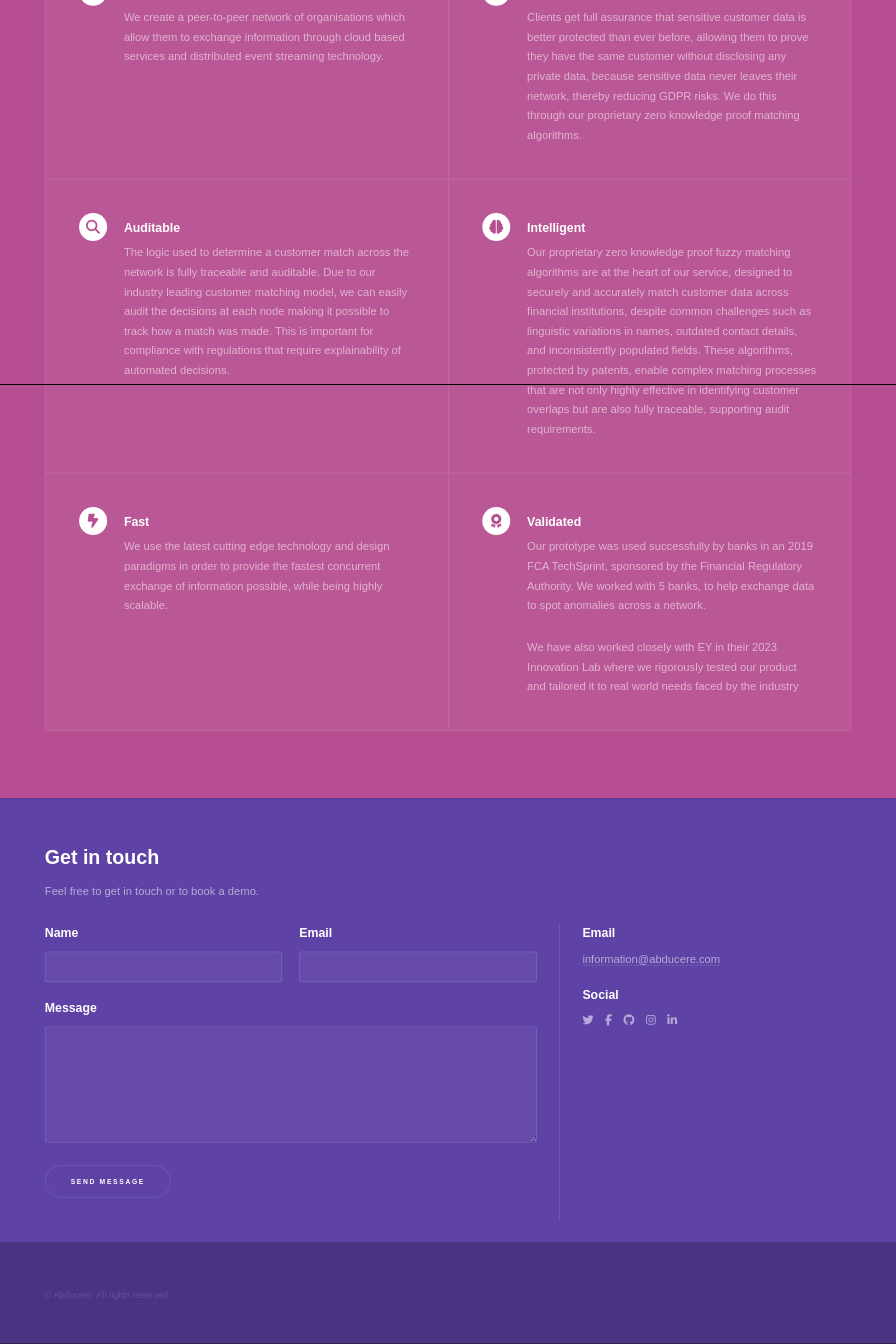
Repository: nocnoc94/nocnoc94.github.io
Page: index.html
These files come from the project's save history. The page is drawn as it stood at one moment and after a run of saves; the edit follows.
The browser window is 1280 px wide. The pictures show the part of the page from y = 2355 to 4275 px (the page is 4275 px tall before and 4191 px after), at 70% of full size.

Above is the page before, as saved 2024-02-21 21:36:33.

### index.html
<!DOCTYPE HTML>


<html>

<head>
	<title>Abducere</title>
	<meta charset="utf-8" />
	<meta name="viewport" content="width=device-width, initial-scale=1, user-scalable=no" />
	<link rel="stylesheet" href="/static/css/main.css" />
	<noscript>
		<link rel="stylesheet" href="/static/css/noscript.css" />
	</noscript>
</head>

<body class="is-preload">

	<!-- Sidebar -->
	<section id="sidebar">
		<div class="inner">
			<nav>
				<ul>
					<li><a href="#intro">Welcome</a></li>
					<li><a href="#one">Who we are</a></li>
					<li><a href="#two">What we are</a></li>
					<li><a href="#three">Get in touch</a></li>
				</ul>
			</nav>
		</div>
	</section>

	<!-- Wrapper -->
	<div id="wrapper">

		<!-- Intro -->
		<section id="intro" class="wrapper style1 fullscreen fade-up">
			<div class="inner">
				<h1>Abducere</h1>
				<p>Privacy enhancing technologies to help create trusted networks that enable secure and direct
					real-time
					customer matching and data flag sharing, giving institutions an opportunity to protect vulnerable
					customers
				</p>
				<ul class="actions">
					<li></li>
				</ul>
			</div>
		</section>

		<!-- One -->
		<section id="one" class="wrapper style2 spotlights">
			<section>
				<a class="image"><img src="/static/images/SD1.png" alt="" data-position="center center" /></a>
				<div class="content">
					<div class="inner">
						<h2>Who Are We</h2>
						<p>We pioneer in providing a secure, trusted network service dedicated to real-time,
							zero-knowledge proof fuzzy customer matching and data exchange. Our mission is not just to
							connect financial institutions but to revolutionise how they protect and serve their
							customers with utmost privacy and security.
						</p>
						<ul class="actions">
							<li><a href="who-we-are.html" class="button">Learn more</a></li>
						</ul>
					</div>
				</div>
			</section>
			<section>
				<a class="image"><img src="/static/images/SD2.png" alt="" data-position="top center" /></a>
				<div class="content">
					<div class="inner">
						<h2>The Problem</h2>
						<p>Authorised Push Payment Fraud (APP) continues to rise
							despite the additional defenses UK banks have deployed, it accounted for 75% of all digital
							banking fraud during the first half of 2022 (Outseer Fraud & Payments Report: 1H 2022) and
							increased 39%
							in the same year (2022 UK Finance report).</p>
						<p>The most vulnerable are
							disproportionately impacted by romance scams, purchase and investment
							scams and other types of social engineering.&nbsp; <br></p>
						<ul class="actions">
							<li><a href="the-problem.html" class="button">Learn more</a></li>
						</ul>
					</div>
				</div>
			</section>
			<section>
				<a class="image"><img src="/static/images/SD3.png" alt="" data-position="25% 25%" /></a>
				<div class="content">
					<div class="inner">
						<h2>Our Solution</h2>
						<p>We believe that by creating a new trusted network, banks can
							safely and securely exchange information to help stop scams before they
							happen. Banks will be able to match customers and exchange data flags
							relating to vulnerability, allowing them to proactively protect
							customers.</p>
						<p>We assure unparalleled protection of sensitive customer data, facilitating a unique
							capability for institutions to confirm customer matches without the need to reveal any
							private information. This innovative approach ensures that sensitive data remains within the
							institution's secure network, effectively mitigating data protection risks and safeguarding
							customer privacy like never before.</p>
						<ul class="actions">
							<li><a href="our-solution.html" class="button">Learn more</a></li>
						</ul>
					</div>
				</div>
			</section>
		</section>

		<!-- Two -->
		<section id="two" class="wrapper style3 fade-up">
			<div class="inner">
				<h2>What We Are</h2>
				<p>Our privacy-by-design software enables direct peer-to-peer customer matching and information exchange
					between organisations.</p>
				<div class="features">
					<section>
						<span class="icon solid major fa-circle-nodes"></span>
						<h3>Distributed</h3>
						<p>We create a peer-to-peer network of organisations which allow them to exchange
							information through cloud based services and distributed event streaming
							technology.</p>
					</section>
					<section>
						<span class="icon solid major fa-lock"></span>
						<h3>Private</h3>
						<p>Clients get full assurance that sensitive customer data is
							better protected than ever before, allowing them to prove they have the
							same customer without disclosing any private data, because sensitive data never leaves their
							network, thereby reducing GDPR risks. We
							do this through our proprietary zero knowledge proof matching
							algorithms.</p>
					</section>
					<section>
						<span class="icon solid major fa-magnifying-glass"></span>
						<h3>Auditable</h3>
						<p>The logic used to determine a customer match across the network is fully traceable and
							auditable. Due to our industry leading customer matching model, we can easily audit the
							decisions at each
							node making it possible to track how a match was made. This is important for compliance with
							regulations that require explainability of automated decisions.</p>
					</section>
					<section>
						<span class="icon solid major fa-brain"></span>
						<h3>Intelligent</h3>
						<p>Our proprietary zero knowledge proof fuzzy matching algorithms are at the heart of our
							service, designed to securely and accurately match customer data across financial
							institutions, despite common challenges such as linguistic variations in names, outdated
							contact details, and inconsistently populated fields. These algorithms, protected by
							patents, enable complex matching processes that are not only highly effective in identifying
							customer overlaps but are also fully traceable, supporting audit requirements.</p>
					</section>
					<section>
						<span class="icon solid major fa-bolt-lightning"></span>
						<h3>Fast</h3>
						<p>We use the latest cutting edge technology and design
							paradigms in order to provide the fastest concurrent exchange of information
							possible, while being highly scalable.</p>
					</section>
					<section>
						<span class="icon solid major fa-award"></span>
						<h3>Validated</h3>
						<p>Our prototype was used successfully by banks in an 2019 FCA
							TechSprint, sponsored by the Financial Regulatory Authority. We worked
							with 5 banks, to help exchange data to spot anomalies across a network.</p>
						<p>We have also worked closely with EY in their 2023 Innovation Lab where we rigorously tested
							our product and tailored it to real world needs faced by the industry</p>
					</section>
				</div>
				<ul class="actions">
					<li></li>
				</ul>
			</div>
		</section>

		<!-- Three -->
		<section id="three" class="wrapper style1 fade-up">
			<div class="inner">
				<h2>Get in touch</h2>
				<p>Feel free to get in touch or to book a demo.</p>
				<div class="split style1">
					<section>
						<form method="post" action="#">
							<div class="fields">
								<div class="field half">
									<label for="name">Name</label>
									<input type="text" name="name" id="name" />
								</div>
								<div class="field half">
									<label for="email">Email</label>
									<input type="text" name="email" id="email" />
								</div>
								<div class="field">
									<label for="message">Message</label>
									<textarea name="message" id="message" rows="5"></textarea>
								</div>
							</div>
							<ul class="actions">
								<li><a href="" class="button submit">Send Message</a></li>
							</ul>
						</form>
					</section>
					<section>
						<ul class="contact">
							<li>
								<h3>Email</h3>
								<a href="#">information@abducere.com</a>
							</li>
							<li>
								<h3>Social</h3>
								<ul class="icons">
									<li><a href="#" class="icon brands fa-twitter"><span
												class="label">Twitter</span></a></li>
									<li><a href="#" class="icon brands fa-facebook-f"><span
												class="label">Facebook</span></a></li>
									<li><a href="#" class="icon brands fa-github"><span class="label">GitHub</span></a>
									</li>
									<li><a href="#" class="icon brands fa-instagram"><span
												class="label">Instagram</span></a></li>
									<li><a href="#" class="icon brands fa-linkedin-in"><span
												class="label">LinkedIn</span></a></li>
								</ul>
							</li>
						</ul>
					</section>
				</div>
			</div>
		</section>

	</div>

	<!-- Footer -->
	<footer id="footer" class="wrapper style1-alt">
		<div class="inner">
			<ul class="menu">
				<li>&copy; Abducere. All rights reserved</li>
			</ul>
		</div>
	</footer>

	<!-- Scripts -->
	<script src="/static/js/jquery.min.js"></script>
	<script src="/static/js/jquery.scrollex.min.js"></script>
	<script src="/static/js/jquery.scrolly.min.js"></script>
	<script src="/static/js/browser.min.js"></script>
	<script src="/static/js/breakpoints.min.js"></script>
	<script src="/static/js/util.js"></script>
	<script src="/static/js/main.js"></script>

</body>

</html>

Loaded but not shown: static/css/fontawesome-all.min.css (library); static/js/jquery.min.js (library); static/js/jquery.scrollex.min.js (common file); static/js/jquery.scrolly.min.js (common file); static/js/browser.min.js (common file); static/js/breakpoints.min.js (common file); static/js/util.js (587 lines, source omitted); static/js/main.js (190 lines, source omitted); static/css/main.css (3909 lines, source omitted)

After the next 2 saves:
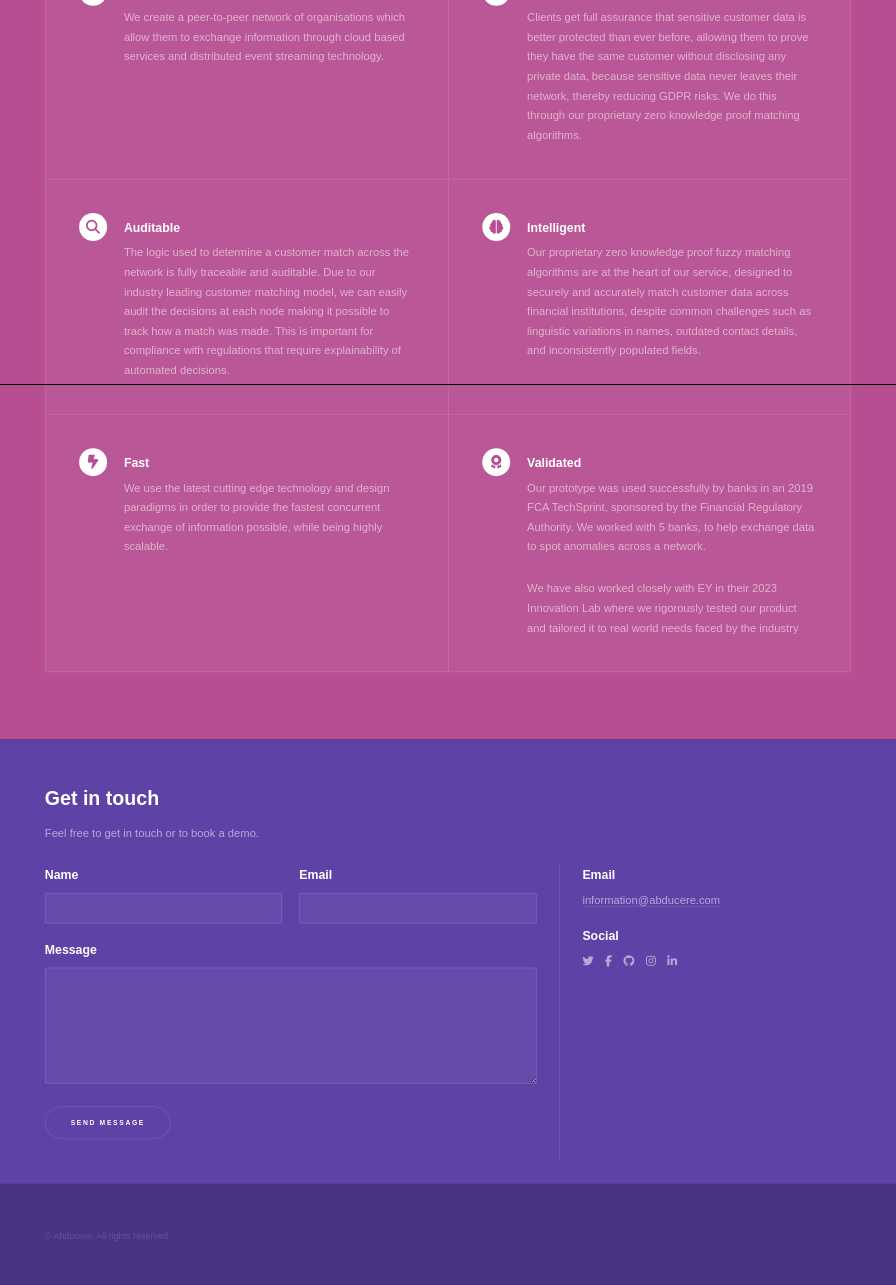
The 2 saves are shown as one change because they came seconds apart.
The last was saved 104 s later.
--- a/index.html
+++ b/index.html
@@ -146,9 +146,7 @@
 						<p>Our proprietary zero knowledge proof fuzzy matching algorithms are at the heart of our
 							service, designed to securely and accurately match customer data across financial
 							institutions, despite common challenges such as linguistic variations in names, outdated
-							contact details, and inconsistently populated fields. These algorithms, protected by
-							patents, enable complex matching processes that are not only highly effective in identifying
-							customer overlaps but are also fully traceable, supporting audit requirements.</p>
+							contact details, and inconsistently populated fields.</p>
 					</section>
 					<section>
 						<span class="icon solid major fa-bolt-lightning"></span>
